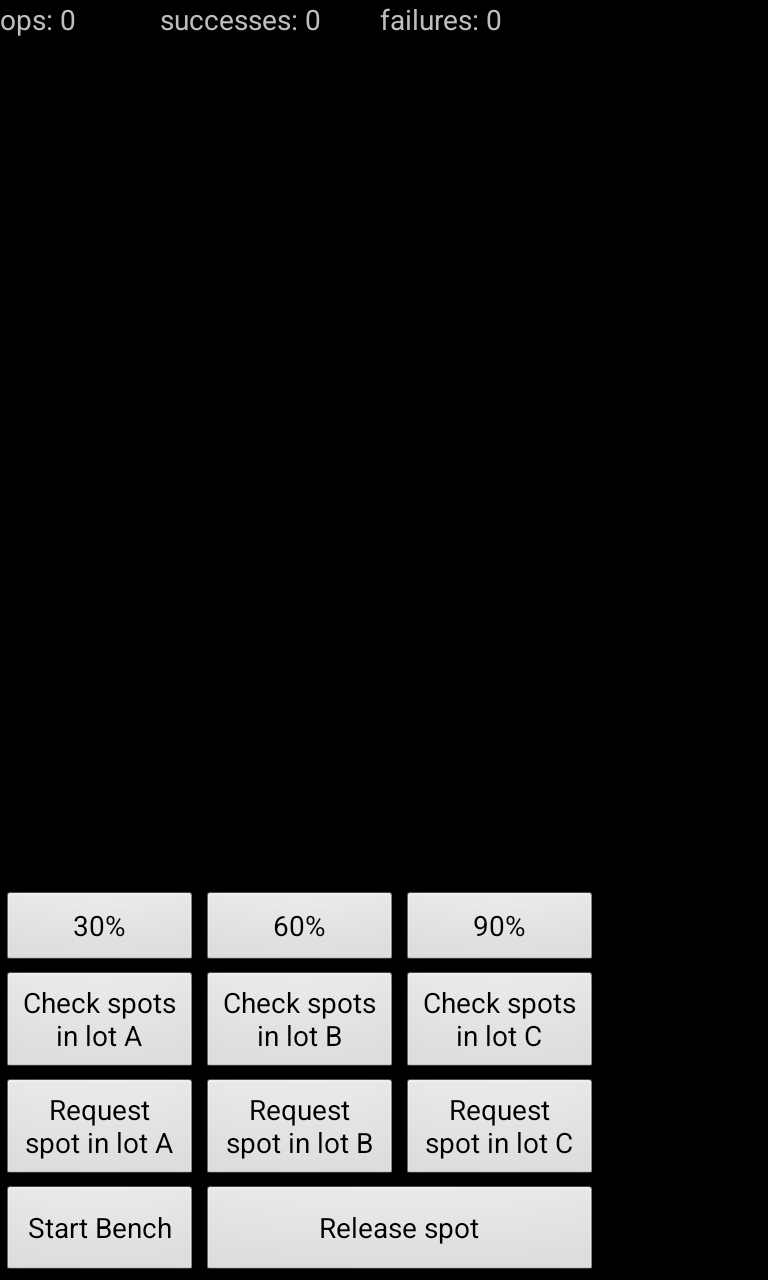
Repository: jasongao/csmcode
Layout: current/workspace/SMCloud/res/layout/main.xml
An editor plug-in stored every save of this project. The layout is shown before and after the next save, followed by the edit.
It is drawn on a 768 x 1280 px phone screen (xhdpi) without system bars, with theme android:Theme; the app's code is not run. Lists and similar views that code fills are empty.

Above is the layout before, as saved 2011-07-14 19:07:56.

After the next save:
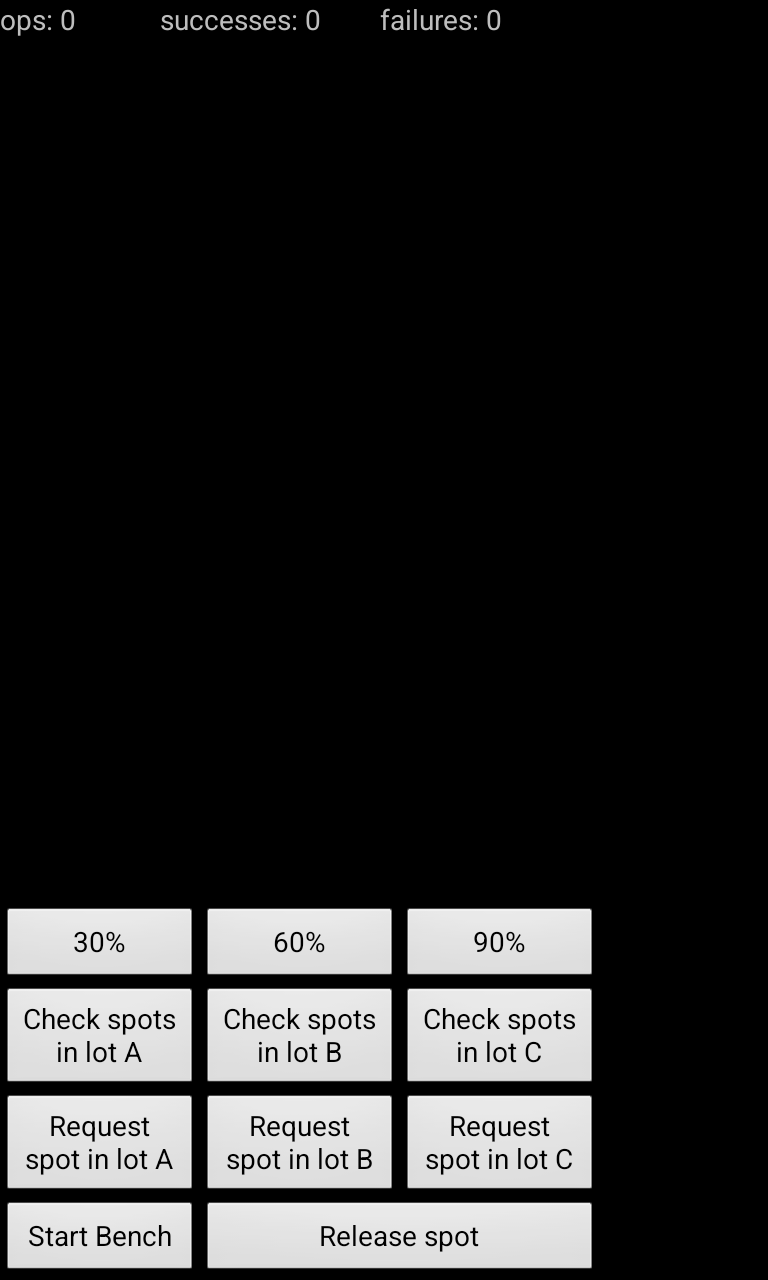
Saved 10 s later.
--- a/current/workspace/SMCloud/res/layout/main.xml
+++ b/current/workspace/SMCloud/res/layout/main.xml
@@ -60,11 +60,9 @@
 	<LinearLayout android:layout_width="fill_parent"
 		android:orientation="horizontal" android:layout_height="wrap_content"
 		android:id="@+id/RequestLayout">
-		<Button android:layout_height="wrap_content"
-			android:layout_width="100dip" android:text="Start Bench" android:id="@+id/testcsm_button"></Button>
-		<Button android:layout_height="wrap_content"
-			android:layout_width="200dip" android:text="Release spot"
-			android:id="@+id/releaseparking_button"></Button>
+		<Button android:layout_width="100dip" android:text="Start Bench" android:id="@+id/testcsm_button" android:layout_height="40dip"></Button>
+		<Button android:layout_width="200dip" android:text="Release spot"
+			android:id="@+id/releaseparking_button" android:layout_height="40dip"></Button>
 	</LinearLayout>
 
 </LinearLayout>
